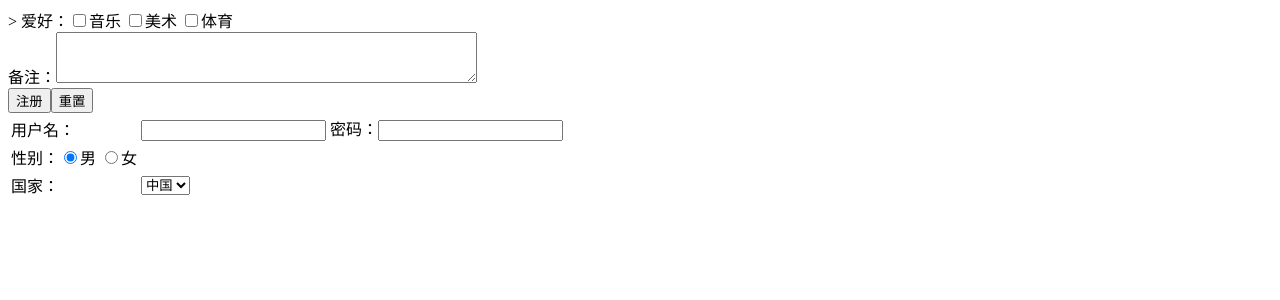
Repository: Lansefanggezi/JavaWeb
Page: HelloServlet/WebContent/Register.html
These files come from the project's save history. The page is drawn as it stood at one moment and after the next save; the edit follows.
The browser window is 1280 px wide. The pictures show the whole page.

Above is the page before, as saved 2018-03-29 08:40:35.

After the next save:
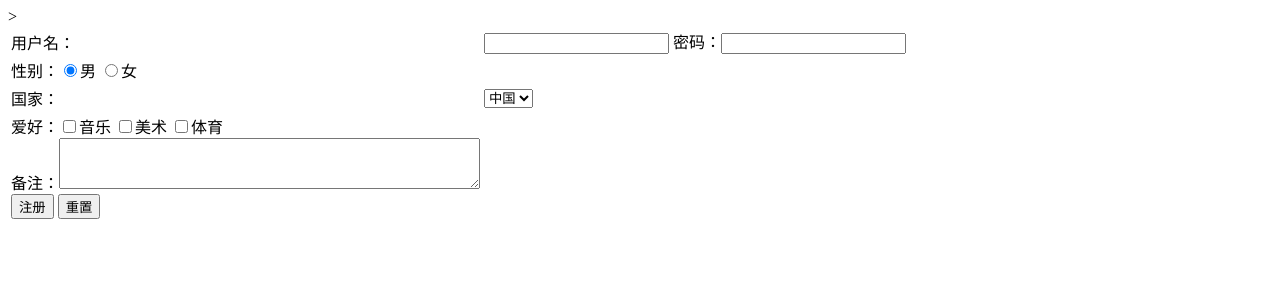
Saved 5 s later.
--- a/HelloServlet/WebContent/Register.html
+++ b/HelloServlet/WebContent/Register.html
@@ -30,7 +30,7 @@
 			</select>
 		</td>>
 		</tr>
-		<tr>爱好：<input type="checkbox" name="likes" value="音乐">音乐
+		<tr><td>爱好：<input type="checkbox" name="likes" value="音乐">音乐
 				<input type="checkbox" name="likes" value="美术">美术
 				<input type="checkbox" name="likes" value="体育">体育
 				<br>
